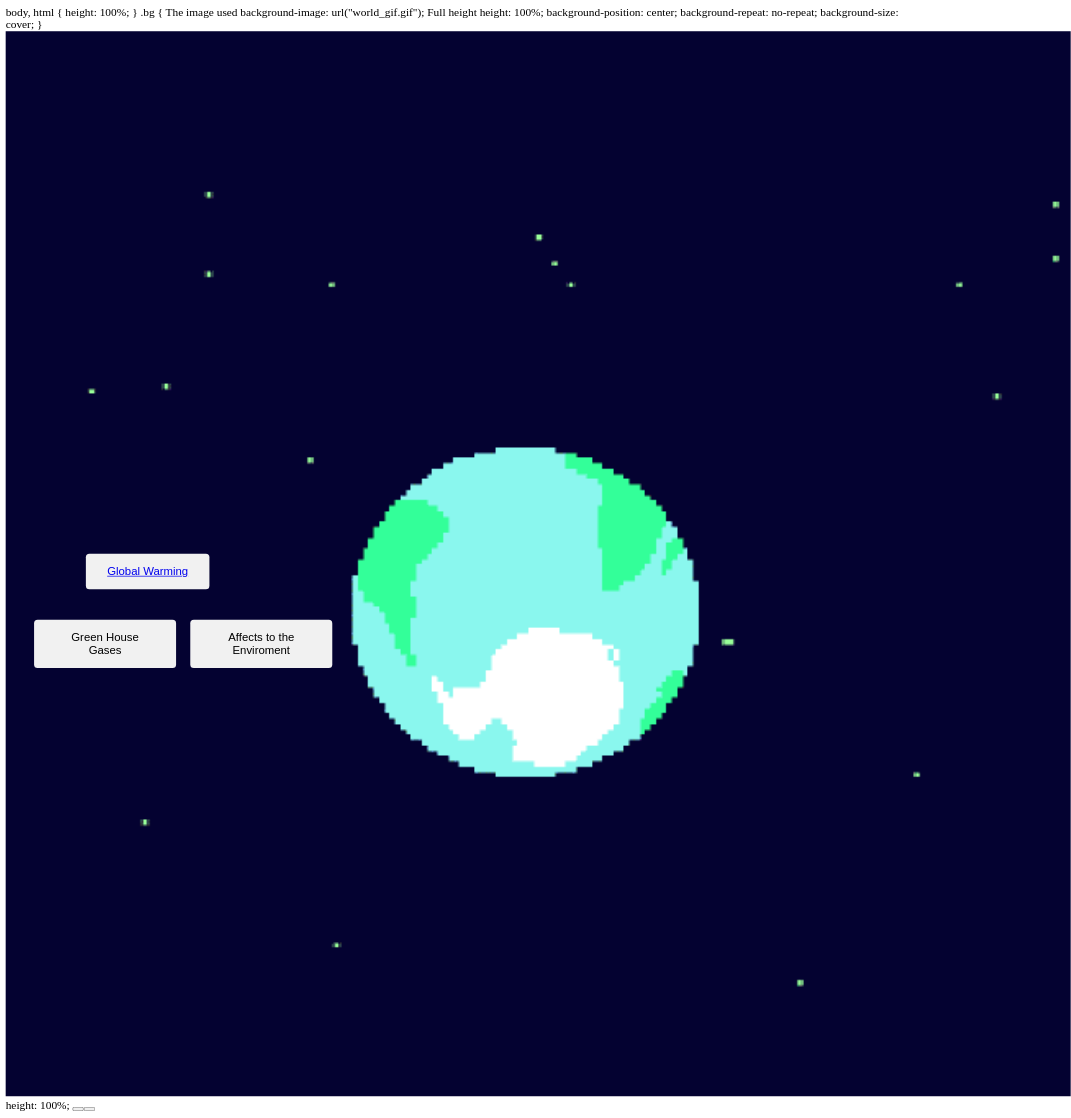
Repository: Alejandra-Pelayo/Alejandra-Pelayo.github.io
Page: 2.1.4/button_example.html
The author's editor kept a record of every edit. The page is drawn from the files as they stood at one moment, then again after the next edit.
The browser window is 1280 px wide. The page is 1508 px wide, so the pictures cover 1508 px, including what lies to the right of the window. The pictures show the whole page, at 71% of full size.

Above is the page before.

### 2.1.4/button_example.html
<!DOCTYPE html>
<html>
<head>
<style>
.container {
  position: relative;
  width: 100%;
  max-width: 400px;
}

.container img {
  width: 100%;
  height: auto;
}

.container .btn {
  position: absolute;
  top: 50%;
  left: 50%;
  transform: translate(-20%, -20%);
  -ms-transform: translate(-20%, -20%);
  background-color: #f1f1f1;
  color: black;
  font-size: 16px;
  padding: 16px 30px;
  border: none;
  cursor: pointer;
  border-radius: 5px;
  text-align: center;
}

.container .btn:hover {
  background-color: black;
  color: white;
}







.container .btn2 {
  position: absolute;
  top: 50%;
  left: 50%;
  transform: translate(-80%, 100%);
  -ms-transform: translate(-80%, -80%);
  background-color: #f1f1f1;
  color: black;
  font-size: 16px;
  padding: 16px 30px;
  border: none;
  cursor: pointer;
  border-radius: 5px;
  text-align: center;
}




.container .btn3 {
  position: absolute;
  top: 50%;
  left: 50%;
  transform: translate(30%, 100%);
  -ms-transform: translate(-80%, -80%);
  background-color: #f1f1f1;
  color: black;
  font-size: 16px;
  padding: 16px 30px;
  border: none;
  cursor: pointer;
  border-radius: 5px;
  text-align: center;
}






</style>
</head>
<body>
body, html {
  height: 100%;
}

.bg {
   The image used
  background-image: url("world_gif.gif");

   Full height
  height: 100%;


  background-position: center;
  background-repeat: no-repeat;
  background-size: cover;
}


<link href="button.css" rel="stylesheet" type="text/css">
<div class="container">
  <img src="world_gif.gif" alt="Computer Man" style="width:1500px;height 768px;">
  height: 100%;
<a href="Enviromental.html">
  <button class="btn"> Global Warming<Button</button>
<a href = "Green_House.html">
  <button class ="btn2"> Green House Gases <Button/button>
<a href = "animals.html">
  <button class ="btn3"> Affects to the Enviroment <Button/button>

</div>

</body>
</html>

### button.css
.container {
  position: relative;
  width: 100%;
  max-width: 400px;
}

.container img {
  width: 100%;
  height: auto;
}

.container .btn {
  position: absolute;
  top: 50%;
  left: 50%;
  transform: translate(-50%, -50%);
  -ms-transform: translate(-50%, -50%);
  background-color: #f1f1f1;
  color: black;
  font-size: 16px;
  padding: 16px 30px;
  border: none;
  cursor: pointer;
  border-radius: 5px;
  text-align: center;
}

.container .btn:hover {
  background-color: black;
  color: white;
}






.container {
  position: relative;
  width: 100%;
  max-width: 400px;
}

.container img {
  width: 100%;
  height: auto;
}

.container .button {
  position: absolute;
  top: 50%;
  left: 50%;
  transform: translate(-40%, -40%);
  -ms-transform: translate(-40%, -40%);
  background-color: #f1f1f1;
  color: black;
  font-size: 16px;
  padding: 16px 30px;
  border: none;
  cursor: pointer;
  border-radius: 5px;
  text-align: center;
}

.container .button:hover {
  background-color: black;
  color: white;
}






.bg {
  background-image: url("world_gif.gif");


  height: 100%;


  background-position: center;
  background-repeat: no-repeat;
  background-size: cover;
}

img.bg {
  /* Set rules to fill background */
  min-height: 100%;
  min-width: 1024px;

  /* Set up proportionate scaling */
  width: 100%;
  height: auto;

  /* Set up positioning */
  position: fixed;
  top: 0;
  left: 0;
}

@media screen and (max-width: 1024px) { /* Specific to this particular image */
  img.bg {
    left: 50%;
    margin-left: -512px;   /* 50% */
  }
}

After the next edit:
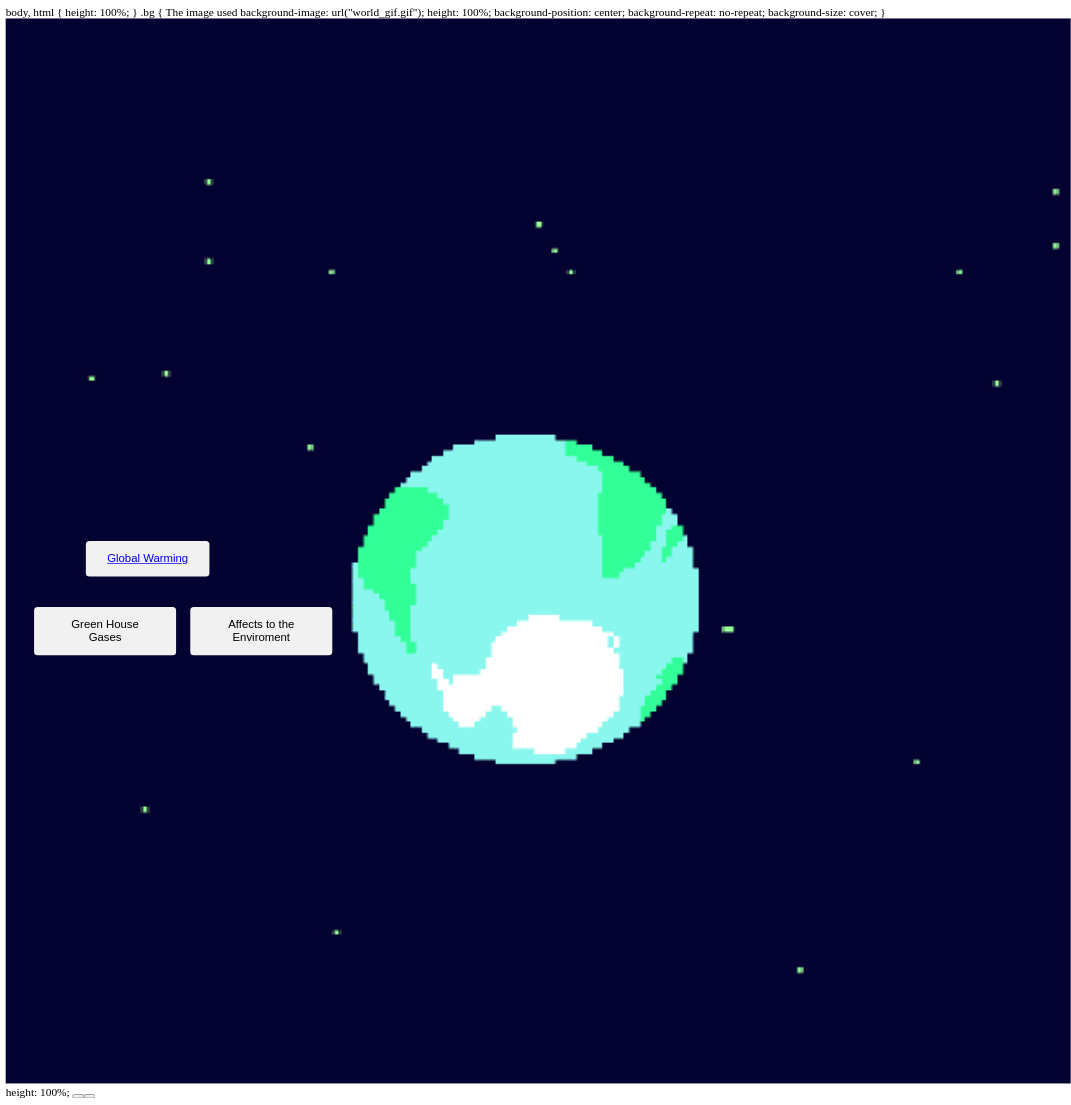
The edit:
--- a/2.1.4/button_example.html
+++ b/2.1.4/button_example.html
@@ -91,7 +91,7 @@
    The image used
   background-image: url("world_gif.gif");
 
-   Full height
+
   height: 100%;
 
 
